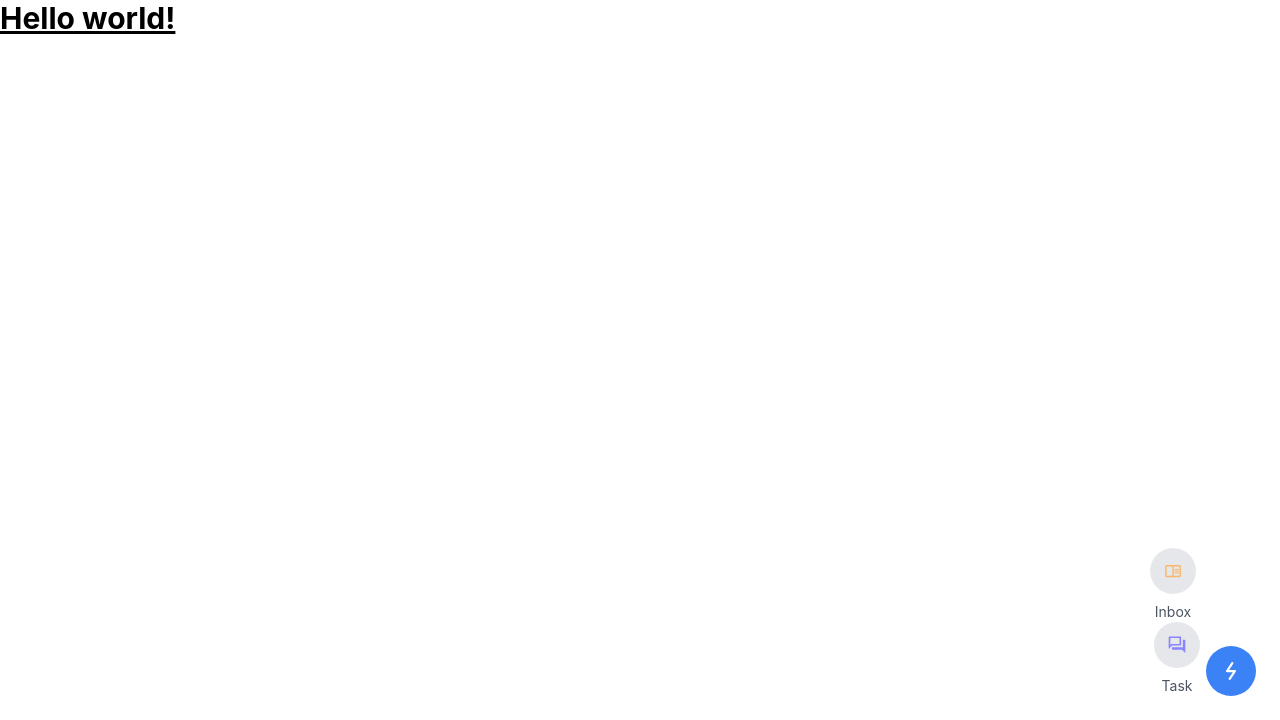
Repository: farrelmuhammad/quick-chat-task
Page: /, after clicking the first element matching `button.bg-blue-500`
The author's editor kept a copy of each file at every save. The page is drawn from the files as they stood at one save, then again after the next save.
The browser window is 1280 px wide. The pictures show the whole page.
The project was rebuilt for these pictures with package versions that can differ from the ones it lists, and the page was loaded fresh each time. Also part of the build but not shown: src/App.css.

Above is the page before, as saved 2023-09-18 10:49:52.

### src/App.js
import logo from './logo.svg';
import './App.css';
import { useState } from 'react';

function App() {
  const [showAdditionalButtons, setShowAdditionalButtons] = useState(false);

  const toggleAdditionalButtons = () => {
    setShowAdditionalButtons(!showAdditionalButtons);
  };
  return (
    <div>
      <h1 className="text-3xl font-bold underline">Hello world!</h1>
      <div className='fixed bottom-6 right-6'>
        <button className="bg-blue-500 text-white cursor-pointer transition hover:bg-blue-700 p-4 rounded-full" onClick={toggleAdditionalButtons}>
          <svg width="18" height="18" viewBox="0 0 18 32" fill="none" xmlns="http://www.w3.org/2000/svg">
            <path fill-rule="evenodd" clip-rule="evenodd" d="M12.4427 0.335929C13.3618 0.948634 13.6101 2.19037 12.9974 3.10943L5.73704 14H16C16.7376 14 17.4153 14.406 17.7634 15.0563C18.1114 15.7066 18.0732 16.4957 17.6641 17.1094L8.33077 31.1094C7.71807 32.0285 6.47633 32.2768 5.55727 31.6641C4.63821 31.0514 4.38986 29.8097 5.00257 28.8906L12.263 18H2C1.26241 18 0.584692 17.5941 0.236654 16.9437C-0.111384 16.2934 -0.0732391 15.5043 0.335902 14.8906L9.66924 0.890629C10.2819 -0.0284284 11.5237 -0.276776 12.4427 0.335929Z" fill="white" />
          </svg>
        </button>
      </div>


      {showAdditionalButtons && (
        <div className="fixed bottom-6 right-20 space-x-2 flex flex-col items-center">
          <div className="text-center">
            <button className="bg-gray-200 text-white cursor-pointer transition hover:bg-blue-700 p-3.5 rounded-full">
              <svg width="18" height="18" viewBox="0 0 28 28" fill="none" xmlns="http://www.w3.org/2000/svg">
                <path fill-rule="evenodd" clip-rule="evenodd" d="M4.11114 4.66669H24.1111C25.3334 4.66669 26.3334 5.66669 26.3334 6.88891V21.3334C26.3334 22.5556 25.3334 23.5556 24.1111 23.5556H4.11114C2.88892 23.5556 1.88892 22.5556 1.88892 21.3334V6.88891C1.88892 5.66669 2.88892 4.66669 4.11114 4.66669ZM4.11114 6.88891V21.3334H13V6.88891H4.11114ZM24.1111 21.3334H15.2222V6.88891H24.1111V21.3334ZM23 10.7778H16.3334V12.4445H23V10.7778ZM16.3334 13.5556H23V15.2222H16.3334V13.5556ZM23 16.3334H16.3334V18H23V16.3334Z" fill="#F8B76B" />
              </svg>
            </button>
            <p className="text-gray-600 text-sm mt-2">Inbox</p>
          </div>

          <div className="text-center">
            <button className="bg-gray-200 text-white cursor-pointer transition hover:bg-blue-700 p-3.5 rounded-full">
              <svg width="18" height="18" viewBox="0 0 24 23" fill="none" xmlns="http://www.w3.org/2000/svg">
                <path fill-rule="evenodd" clip-rule="evenodd" d="M16.4443 0.110657H1.9999C1.38879 0.110657 0.888794 0.610657 0.888794 1.22177V16.7773L5.33324 12.3329H16.4443C17.0555 12.3329 17.5555 11.8329 17.5555 11.2218V1.22177C17.5555 0.610657 17.0555 0.110657 16.4443 0.110657ZM15.3332 2.3328V10.1106H4.41103L3.75547 10.7661L3.11103 11.4106V2.3328H15.3332ZM19.7777 4.55512H21.9999C22.611 4.55512 23.111 5.05512 23.111 5.66623V22.3329L18.6666 17.8885H6.44435C5.83324 17.8885 5.33324 17.3885 5.33324 16.7773V14.5551H19.7777V4.55512Z" fill="#8885FF" />
              </svg>
            </button>
            <p className="text-gray-600 text-sm mt-2">Task</p>
          </div>
        </div>

      )}
    </div>
  );
}

export default App;

### tailwind.config.js
/** @type {import('tailwindcss').Config} */
module.exports = {
  content: [
    "./src/**/*.{js,jsx,ts,tsx}",
  ],
  theme: {
    extend: {
      inset: {
        '0': '0',
        auto: 'auto',
        '1/2': '50%',
      },
    },
  },
  plugins: [],
}

Loaded but not shown: public/index.html (common file); src/index.js (common file); src/index.css (common file); src/reportWebVitals.js (common file)

After the next save:
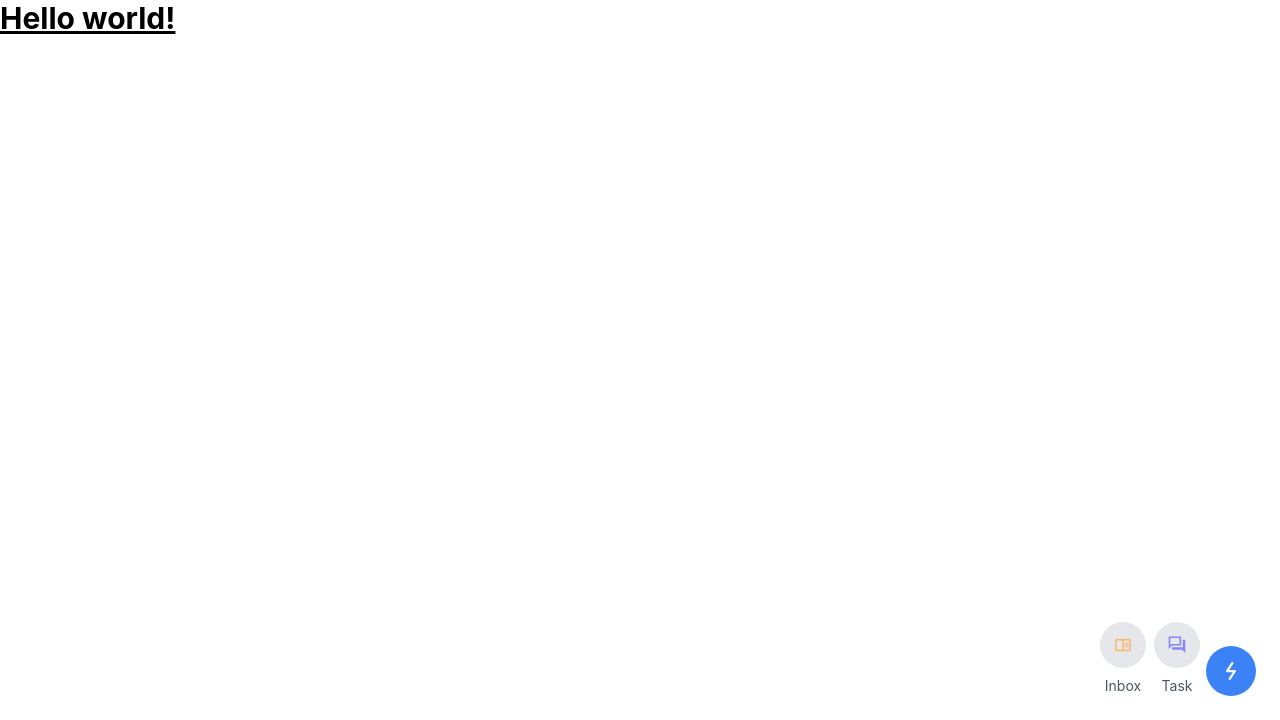
Saved 18 s later.
--- a/src/App.js
+++ b/src/App.js
@@ -21,7 +21,7 @@ function App() {
 
 
       {showAdditionalButtons && (
-        <div className="fixed bottom-6 right-20 space-x-2 flex flex-col items-center">
+        <div className="fixed bottom-6 right-20 space-x-2 flex">
           <div className="text-center">
             <button className="bg-gray-200 text-white cursor-pointer transition hover:bg-blue-700 p-3.5 rounded-full">
               <svg width="18" height="18" viewBox="0 0 28 28" fill="none" xmlns="http://www.w3.org/2000/svg">
